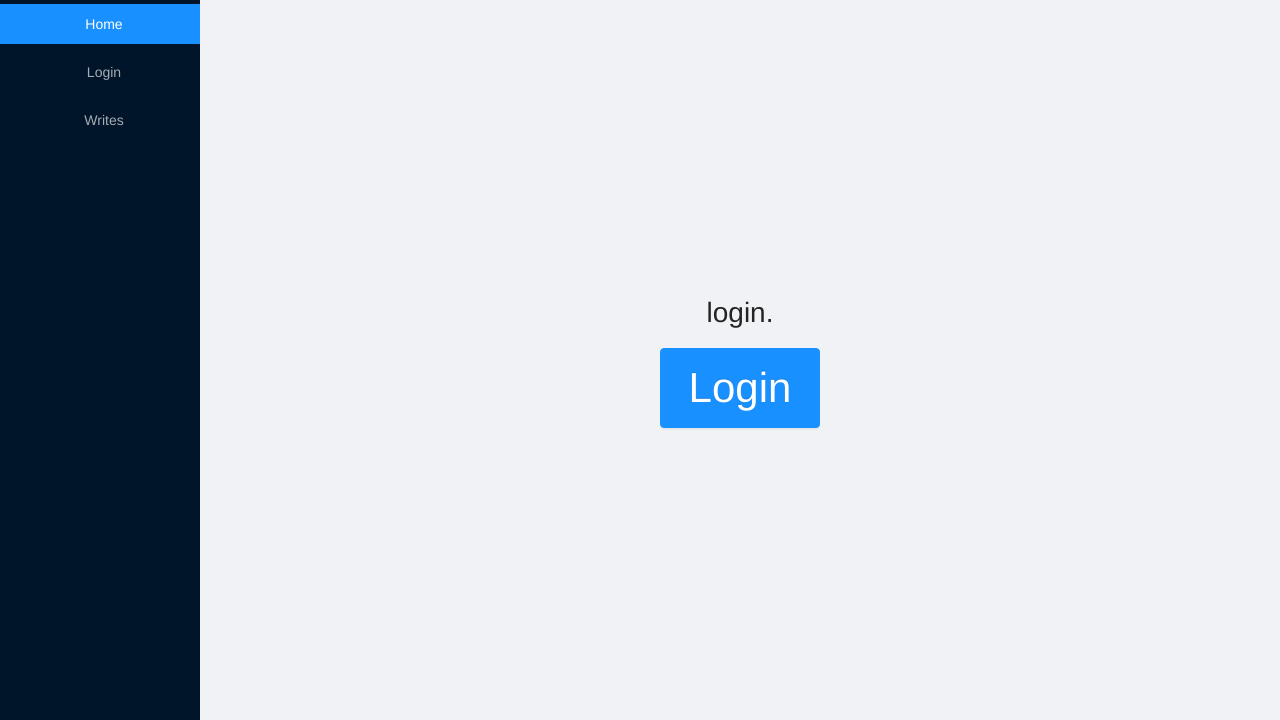
Repository: writesapp/mod
Page: /login
These files come from the project's save history. The page is drawn as it stood at one moment and after the next save; the edit follows.
The browser window is 1280 px wide. The pictures show the whole page.
The project was rebuilt for these pictures with package versions that can differ from the ones it lists, and the page was loaded fresh each time. Also part of the build but not shown: src/views/Home.vue, src/views/Writes.vue.

Above is the page before, as saved 2020-07-09 16:35:03.

### src/main.js
import Antd from 'ant-design-vue';
import Vue from 'vue';
import App from './App.vue';
import './registerServiceWorker';
import router from './router';
import store from './store';
import 'ant-design-vue/dist/antd.css';

Vue.config.productionTip = false;
Vue.use(Antd);

new Vue({
  router,
  store,
  render: (h) => h(App),
}).$mount('#app');

### src/App.vue
<template>
  <div id="app">
    <a-layout id="components-layout-demo-custom-trigger">
    <a-layout-sider v-model="collapsed" :trigger="null" collapsible>
      <div class="logo" />
      <a-menu theme="dark" mode="inline" :default-selected-keys="['1']">
        <a-menu-item key="1">
          <router-link to="/">Home</router-link>
        </a-menu-item>
        <a-menu-item key="2">
          <router-link to="/login">Login</router-link>
        </a-menu-item>
        <a-menu-item key="3">
          <router-link to="/writes">Writes</router-link>
        </a-menu-item>
      </a-menu>
    </a-layout-sider>
    <a-layout>
      <a-layout-content>
        <router-view/>
      </a-layout-content>
    </a-layout>
  </a-layout>
  </div>
</template>

<script>
import { auth } from '@/initFirebase';
import store from '@/store';

export default {
  name: "App",
  mounted() {
    auth.onAuthStateChanged((user) => store.dispatch("fetchUser", user));
  },
};
</script>

<style lang="scss">
#app {
  font-family: Avenir, Helvetica, Arial, sans-serif;
  -webkit-font-smoothing: antialiased;
  -moz-osx-font-smoothing: grayscale;
  text-align: center;
  color: #2c3e50;
}

.ant-layout {
  height: 100vh;
}
</style>

### src/router/index.js
import Vue from 'vue';
import VueRouter from 'vue-router';
import Home from '../views/Home.vue';
import Login from '../views/Login.vue';
import Writes from '../views/Writes.vue';

Vue.use(VueRouter);

const routes = [
  {
    path: '/',
    name: 'Home',
    component: Home,
  },
  {
    path: '/login',
    name: 'Login',
    // route level code-splitting
    // this generates a separate chunk (about.[hash].js) for this route
    // which is lazy-loaded when the route is visited.
    component: Login,
  },
  {
    path: '/writes',
    name: 'Writes',
    component: Writes,
  },
];

const router = new VueRouter({
  mode: 'history',
  base: process.env.BASE_URL,
  routes,
});

export default router;

### src/store/index.js
import Vue from 'vue';
import Vuex from 'vuex';

Vue.use(Vuex);

export default new Vuex.Store({
  state: {
    user: {
      loggedIn: false,
      data: null,
    },
  },
  mutations: {
    setLoggedState(state, value) {
      state.user.loggedIn = value;
    },
    setUser(state, data) {
      state.user.data = data;
    },
  },
  actions: {
    fetchUser({ commit }, user) {
      commit("setLoggedState", user !== null);
      if (user) {
        commit("setUser", {
          displayName: user.displayName,
          email: user.email,
        });
      } else {
        commit("setUser", null);
      }
    },
  },
});

### src/initFirebase.js
import firebase from 'firebase';

const configOptions = {
  apiKey: "AIzaSyBe23vGrWbbtK6cWQflEewoDvTBtKWQEBM",
  authDomain: "test-project-116cf.firebaseapp.com",
  databaseURL: "https://test-project-116cf.firebaseio.com",
  projectId: "test-project-116cf",
  storageBucket: "test-project-116cf.appspot.com",
  messagingSenderId: "507446435196",
  appId: "1:507446435196:web:8a13dc8c60ddcf65e058f9",
  measurementId: "G-H01LY21GK7",
};

firebase.initializeApp(configOptions);

export const auth = firebase.auth();
export const googleProvider = new firebase.auth.GoogleAuthProvider();

### src/views/Login.vue
<template>
  <div class="home">
    <div class="login">
      <h1>login.</h1>
      <a-button type="primary" @click.native="login()">
      Login
      </a-button>
    </div>
  </div>
</template>

<script>
import { auth, googleProvider } from '@/initFirebase';
import store from '@/store';

export default {
  name: 'Login',
  methods: {
    login() {
      auth.signInWithPopup(googleProvider)
        .then((result) => {
          store.dispatch("fetchUser", result.user);
          this.$router.push('/');
        })
        .catch((err) => alert(`Something went wrong: ${err.message}`));
    },
  },
};
</script>

<style scoped>
  h1 {
    font-size: 2em;
  }

  .ant-btn-primary,
  .ant-btn {
    height: 80px;
    width: 160px;
    font-size: 3em;
  }

  .login {
    height: 100vh;
    display: flex;
    flex-direction: column;
    align-items: center;
    justify-content: center;
  }
</style>

Loaded but not shown: public/index.html (common file); src/registerServiceWorker.js (common file)

After the next save:
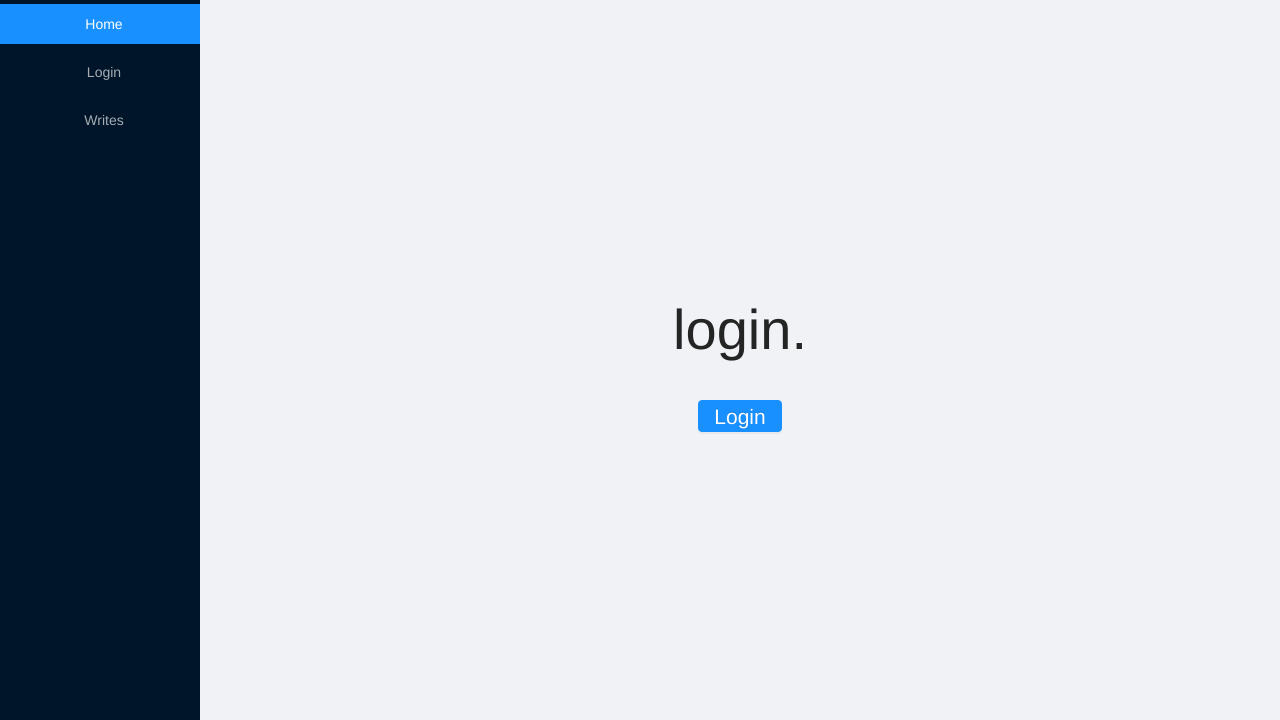
Saved 52 s later.
--- a/src/views/Login.vue
+++ b/src/views/Login.vue
@@ -30,14 +30,11 @@ export default {
 
 <style scoped>
   h1 {
-    font-size: 2em;
+    font-size: 4em;
   }
 
-  .ant-btn-primary,
-  .ant-btn {
-    height: 80px;
-    width: 160px;
-    font-size: 3em;
+  button {
+    font-size: 1.5em;
   }
 
   .login {
